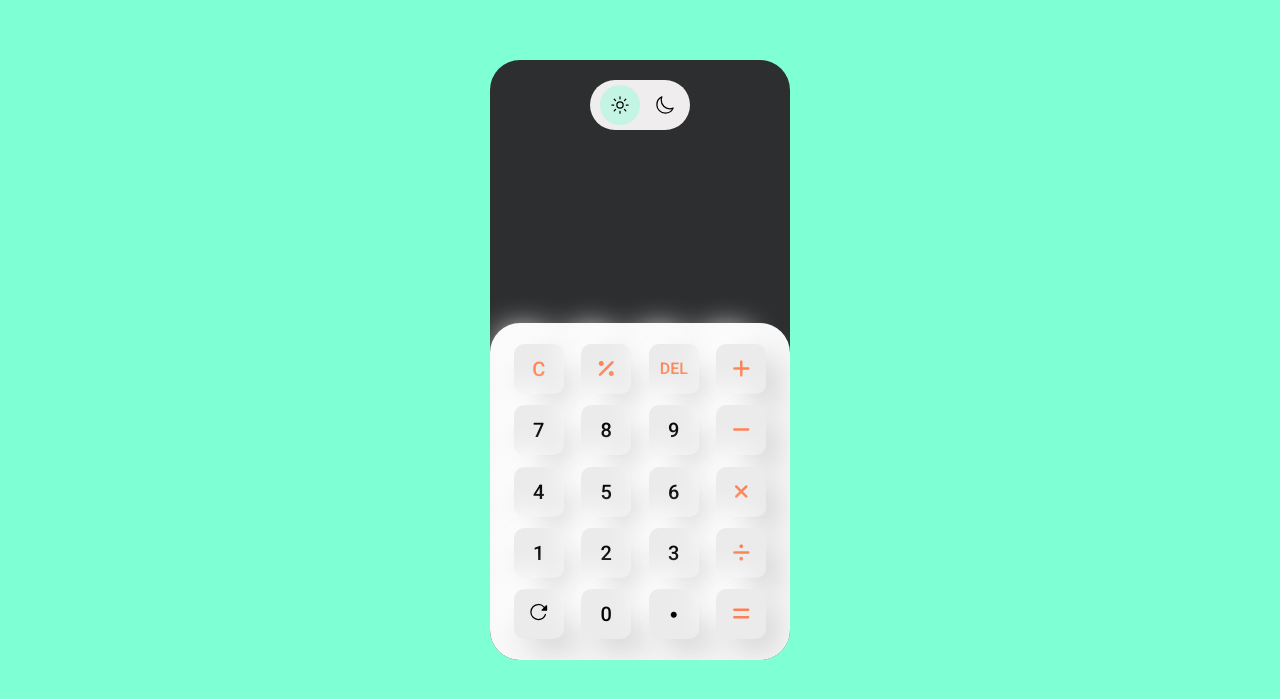
Repository: dinhtri123/caculator-app
Page: index.html
An editor plug-in stored every save of this project. The page is shown before and after the next save, followed by the edit.
The browser window is 1280 px wide. The pictures show the whole page.
After loading, the first visible `div.button-mode` was clicked once.

Above is the page before, as saved 2023-01-03 21:29:40.

After the next save:
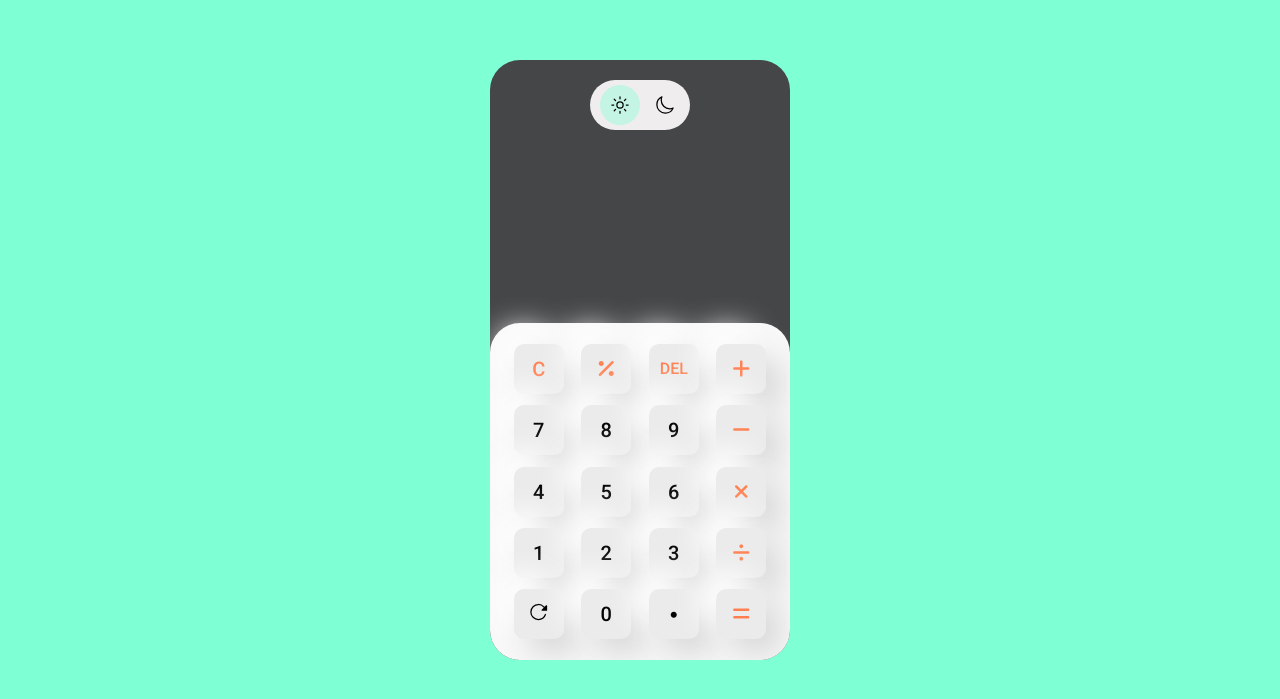
Saved 6 s later.
--- a/style.css
+++ b/style.css
@@ -33,7 +33,7 @@ body {
 .mode-dark {
   background-color: white;
 }
-.main-mode-light{
+.main-light{
     background-color: #454648;
 }
 .mode {
